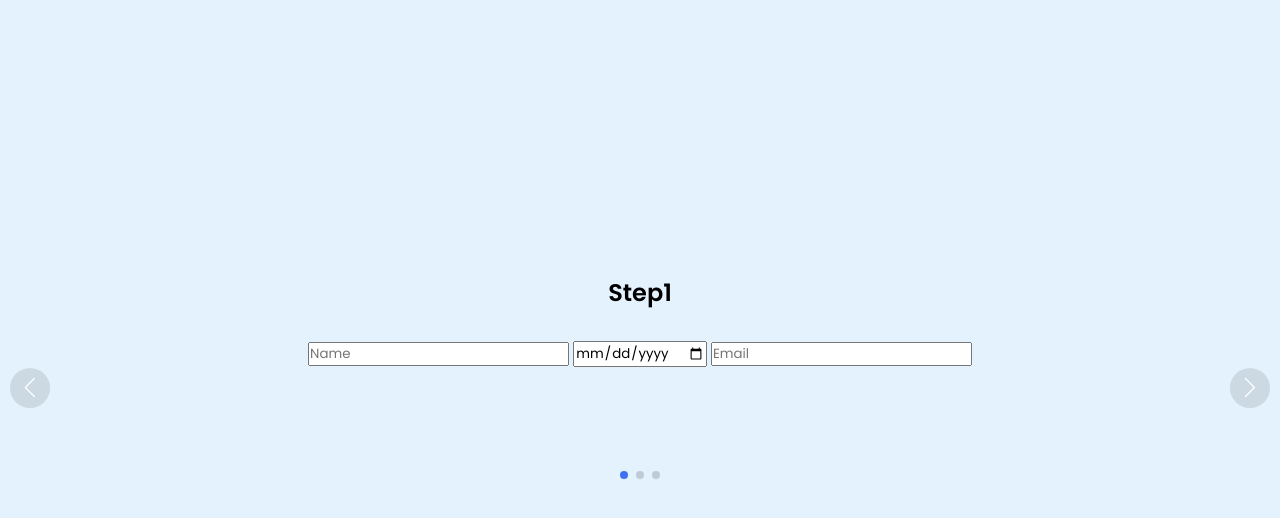
Repository: Habeebur1493/-22-multi-step-form
Page: index.html
The author's editor kept a copy of each file at every save. The page is drawn from the files as they stood at one save, then again after the next save.
The browser window is 1280 px wide. The pictures show the whole page.

Above is the page before, as saved 2024-10-13 12:42:50.

After the next save:
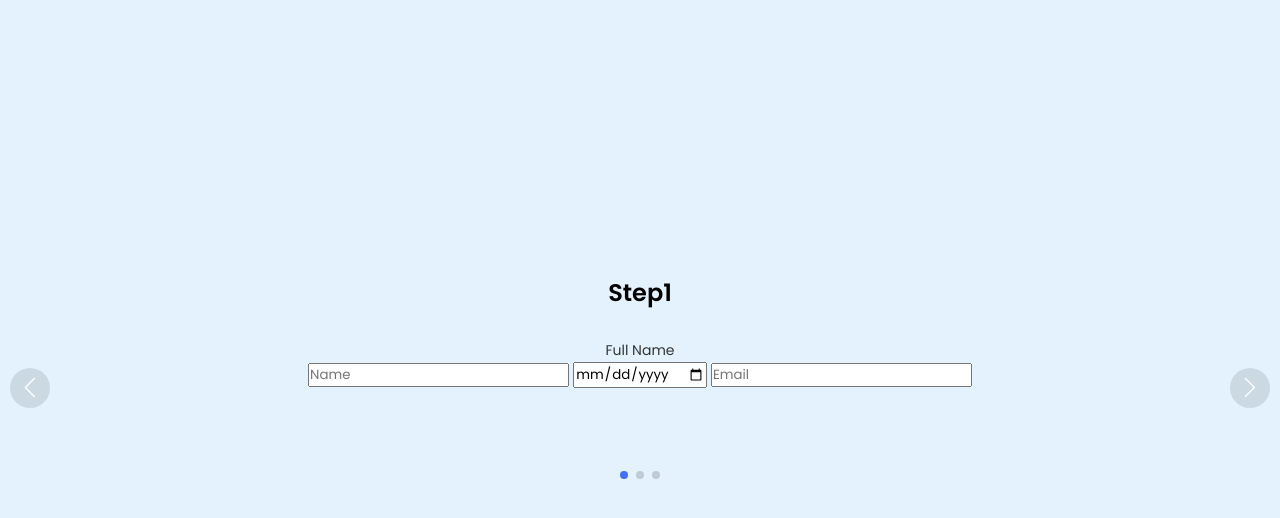
Saved 39 s later.
--- a/index.html
+++ b/index.html
@@ -25,6 +25,7 @@
           <div class="slide swiper-slide">
             <h1>Step1</h1>
             <form action="">
+              <p>Full Name</p>
               <input type="text" placeholder="Name" />
               <input type="date" placeholder="Date of Birth" />
               <input type="email" placeholder="Email" />
